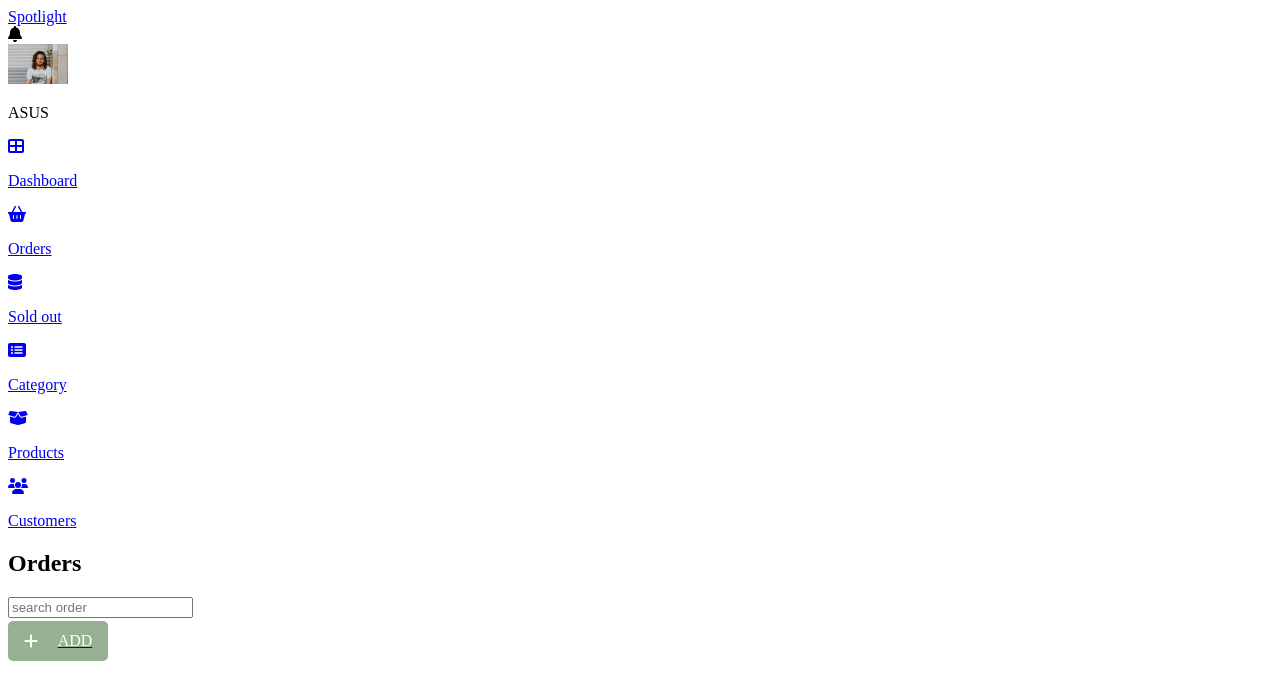
Repository: pin-seavmuy/Spotlight-POS
Page: /category
The author's editor kept a copy of each file at every save. The page is drawn from the files as they stood at one save, then again after the next save.
The browser window is 1280 px wide. The pictures show the whole page.
Some web fonts or font styles are not loaded; a fallback is used. The project was rebuilt for these pictures with package versions that can differ from the ones it lists, and the page was loaded fresh each time. Also part of the build but not shown: vue.config.js, src/components/Orders.vue, src/components/Products.vue, src/components/Customers.vue.

Above is the page before, as saved 2024-06-26 17:17:12.

### src/main.js
// src/main.js
import { createApp } from 'vue'; // Use createApp instead of importing Vue
import App from './App.vue';
import router from './router/router.js'; // Adjust the path as necessary

const app = createApp(App);
app.use(router);

app.mount('#app');

### src/App.vue

<template>
  <div id="app">
    <router-view />
    <!-- <Dashboard/> -->
  </div>
</template>

<script>
export default {
  name: 'App',
};
</script>

<style scoped>
/* Scoped styles specific to App.vue */
</style>

### src/router/router.js
// src/router.js
import { createRouter, createWebHistory } from 'vue-router'; // Import from vue-router
import AdminDashboard from '../components/AdminDashboard.vue';
import OrdersPage from '../components/Orders.vue';
import SoldOut from '../components/Soldout.vue';
import CategoryPage from '../components/Category.vue';
import ProductPage from '../components/Products.vue';
import CustomersPage from '../components/Customers.vue';

const routes = [
  { path: '/', component: AdminDashboard },
  { path: '/orders', component: OrdersPage },
  { path: '/sold', component: SoldOut },
  { path: '/category', component: CategoryPage },
  { path: '/products', component: ProductPage },
  { path: '/customers', component: CustomersPage },
];

const router = createRouter({
  history: createWebHistory(),
  routes,
});

export default router;

### src/components/AdminDashboard.vue
<template>
  <div>
    <header class="header">
      <div class="logo">
        <router-link to="/">Spotlight</router-link>
      </div>
      <div class="header-icons">
        <font-awesome-icon :icon="icons.bell" class="icon" />
        <div class="account">
          <img src="../assets/img/people.png" alt="" />
          <p>ASUS</p>
        </div>
      </div>
    </header>
    <div class="container">
      <div class="side-bar">

        <router-link to="/" class="wrapper" active-class="active">
          <font-awesome-icon :icon="icons.thLarge" class="icons" />
          <p>Dashboard</p>
        </router-link>

        <router-link to="/orders" class="wrapper" active-class="active">
          <font-awesome-icon :icon="icons.shoppingBasket" class="icons" />
          <p>Orders</p>
        </router-link>

        <router-link to="/sold" class="wrapper" active-class="active">
          <font-awesome-icon :icon="icons.database" class="icons" />
          <p>Sold out</p>
        </router-link>

        <router-link to="/category" class="wrapper" active-class="active">
          <font-awesome-icon :icon="icons.category" class="icons" />
          <p>Category</p>
        </router-link>

        <router-link to="/products" class="wrapper" active-class="active">
          <font-awesome-icon :icon="icons.product" class="icons" />
          <p>Products</p>
        </router-link>

        <router-link to="/customers" class="wrapper" active-class="active">
          <font-awesome-icon :icon="icons.users" class="icons" />
          <p>Customers</p>
        </router-link>

      </div>

      <div class="dashboard">
          <div class="wrapper1">
            <h2>Admin Dashboard</h2>
          </div>
          <div class="wrapper1">
            <div class="box">
              <div class="wrapperBox">
                <img src="../assets/img/products.png" />
                <p>Total Product</p>
              </div>
              <div class="qty">12000</div>
            </div>
            <div class="box">
              <div class="wrapperBox">
                <img src="../assets/img/list.png" />
                <p>Categories</p>
              </div>
              <div class="qty">43</div>
            </div>
            <div class="box">
              <div class="wrapperBox">
                <img src="../assets/img/mobile-banking.png" />
                <p>Transactions</p>
              </div>
              <div class="qty">669</div>
            </div>
          </div>
          <div class="wrapper1">
            <div class="box">
              <div class="wrapperBox">
                <img src="../assets/img/shopping-cart.png" />
                <p>Order Today</p>
              </div>
              <div class="qty">15</div>
            </div>
          </div>
        </div>



    </div>


  </div>
</template>

<script>
  import { FontAwesomeIcon } from '@fortawesome/vue-fontawesome';
  import { faBell, faShoppingBasket, faThLarge, faDatabase, faListAlt, faCreditCard, faBoxOpen, faUsers } from '@fortawesome/free-solid-svg-icons';

  export default {
  name: "AdminDashboard",
  components: {
      FontAwesomeIcon,
  },
  data() {
      return {
      icons: {
          bell: faBell,
          shoppingBasket: faShoppingBasket,
          thLarge: faThLarge,
          database: faDatabase,
          category: faListAlt,
          transaction: faCreditCard,
          product: faBoxOpen,
          users: faUsers,
          // Add more icons as needed
      },
      };
  },
  };

</script>

<style scoped>
@import '../assets/css/style.css';
</style>

### src/components/Soldout.vue
<template>
  <div>
    <header class="header">
      <div class="logo">
        <router-link to="/">Spotlight</router-link>
      </div>
      <div class="header-icons">
        <font-awesome-icon :icon="icons.bell" class="icon" />
        <div class="account">
          <img src="../assets/img/people.png" alt="" />
          <p>ASUS</p>
        </div>
      </div>
    </header>
    <div class="container">
      <div class="side-bar">

        <router-link to="/" class="wrapper" active-class="active">
          <font-awesome-icon :icon="icons.thLarge" class="icons" />
          <p>Dashboard</p>
        </router-link>

        <router-link to="/orders" class="wrapper" active-class="active">
          <font-awesome-icon :icon="icons.shoppingBasket" class="icons" />
          <p>Orders</p>
        </router-link>

        <router-link to="/sold" class="wrapper" active-class="active">
          <font-awesome-icon :icon="icons.database" class="icons" />
          <p>Sold out</p>
        </router-link>

        <router-link to="/category" class="wrapper" active-class="active">
          <font-awesome-icon :icon="icons.category" class="icons" />
          <p>Category</p>
        </router-link>

        <router-link to="/products" class="wrapper" active-class="active">
          <font-awesome-icon :icon="icons.product" class="icons" />
          <p>Products</p>
        </router-link>

        <router-link to="/customers" class="wrapper" active-class="active">
          <font-awesome-icon :icon="icons.users" class="icons" />
          <p>Customers</p>
        </router-link>

      </div>
      <div class="dashboard">
        <div class="wrapper1">
          <h2>Orders</h2>
          <div class="searchBox">
            <font-awesome-icon :icon="icons.search" class="icons" />
            <input type="text" placeholder="search ...">
          </div>
        </div>
        <div class="table">
          <table>
            <thead>
              <tr>
                <th>No</th>
                <th>Customer</th>
                <th>Product</th>
                <th>Total</th>
                <th>Order Date</th>
                <th>Action</th>
              </tr>
            </thead>
            <tbody>
              <tr v-for="(order, index) in orders" :key="order.id">
                <td>{{ index + 1 }}</td>
                <td>{{ order.customer }}</td>
                <td>{{ order.product }}</td>
                <td>{{ order.total }}</td>
                <td>{{ order.orderDate }}</td>
                <td class="action">
                  <font-awesome-icon :icon="icons.edit" class="icon action-icon" @click="editOrder(order.id)" />
                  <font-awesome-icon :icon="icons.trash" class="icon action-icon" @click="deleteOrder(order.id)" />
                </td>
              </tr>
            </tbody>
          </table>
        </div>
      </div>
    </div>
  </div>
</template>

<script>
  import { FontAwesomeIcon } from '@fortawesome/vue-fontawesome';
  import { faBell, faShoppingBasket, faThLarge, faDatabase, faListAlt, faCreditCard, faBoxOpen, faUsers, faSearch, faEdit, faTrash } from '@fortawesome/free-solid-svg-icons';

  export default {
    name: "OrdersPage",
    components: {
      FontAwesomeIcon,
    },
    data() {
      return {
        icons: {
          bell: faBell,
          shoppingBasket: faShoppingBasket,
          thLarge: faThLarge,
          database: faDatabase,
          category: faListAlt,
          transaction: faCreditCard,
          product: faBoxOpen,
          users: faUsers,
          search: faSearch,
          edit: faEdit,
          trash: faTrash,
        },
        orders: [
          { id: 1, customer: 'John Doe', product: 'Cigarella Skill Shirt', total: '$50.00', orderDate: '26/06/24' },
          { id: 2, customer: 'Jane Smith', product: 'Wool Tweed A-Line', total: '$15.00', orderDate: '26/06/24' },
          { id: 3, customer: 'Michael Brown', product: 'Cheyenne Floral Dress', total: '$35.00', orderDate: '26/06/24'},
        ],
      };
    },
    methods: {
      editOrder(id) {
        // Implement edit order functionality
        console.log('Edit order', id);
      },
      deleteOrder(id) {
        // Implement delete order functionality
        console.log('Delete order', id);
      },
    },
  };
</script>

<style scoped>
  @import '../assets/css/style.css';

  .action-icon {
    cursor: pointer;
    margin-right: 10px;
  }
  .action {
    display: flex;
    justify-content: center;
    gap: 50px;
    padding: 15px ;
    border-width: 0.1;
  }
</style>

### src/components/Category.vue
<template>
    <div>
      <header class="header">
        <div class="logo">
          <router-link to="/">Spotlight</router-link>
        </div>
        <div class="header-icons">
          <font-awesome-icon :icon="icons.bell" class="icon" />
          <div class="account">
            <img src="../assets/img/people.png" alt="" />
            <p>ASUS</p>
          </div>
        </div>
      </header>
      <div class="container">
        <div class="side-bar">

            <router-link to="/" class="wrapper" active-class="active">
            <font-awesome-icon :icon="icons.thLarge" class="icons" />
            <p>Dashboard</p>
          </router-link>

          <router-link to="/orders" class="wrapper" active-class="active">
            <font-awesome-icon :icon="icons.shoppingBasket" class="icons" />
            <p>Orders</p>
          </router-link>

          <router-link to="/sold" class="wrapper" active-class="active">
            <font-awesome-icon :icon="icons.database" class="icons" />
            <p>Sold out</p>
          </router-link>

          <router-link to="/category" class="wrapper" active-class="active">
            <font-awesome-icon :icon="icons.category" class="icons" />
            <p>Category</p>
          </router-link>

          <router-link to="/products" class="wrapper" active-class="active">
            <font-awesome-icon :icon="icons.product" class="icons" />
            <p>Products</p>
          </router-link>

          <router-link to="/customers" class="wrapper" active-class="active">
            <font-awesome-icon :icon="icons.users" class="icons" />
            <p>Customers</p>
          </router-link>

        </div>
        <div class="dashboard">
        <div class="wrapper1">
          <h2>Orders</h2>
          <div class="searchBox">
            <font-awesome-icon :icon="icons.search" class="icons" />
            <input type="text" placeholder="search order">
          </div>

          <router-link>
            <div class="add">
              <font-awesome-icon :icon="icons.plus" class="icons" />
              <p>ADD</p>
            </div>
          </router-link>
        </div>

      </div>

      </div>
    </div>
  </template>

  <script>
    import { FontAwesomeIcon } from '@fortawesome/vue-fontawesome';
    import { faBell, faShoppingBasket, faThLarge, faDatabase, faListAlt, faCreditCard, faBoxOpen, faUsers, faPlus } from '@fortawesome/free-solid-svg-icons';

    export default {
    name: "CategoryPage",
    components: {
        FontAwesomeIcon,
    },
    data() {
        return {
        icons: {
            bell: faBell,
            shoppingBasket: faShoppingBasket,
            thLarge: faThLarge,
            database: faDatabase,
            category: faListAlt,
            transaction: faCreditCard,
            product: faBoxOpen,
            users: faUsers,
            plus: faPlus
            // Add more icons as needed
        },
        };
    },
    };

  </script>

  <style scoped>
  @import '../assets/css/category.css';
  </style>

### src/assets/css/style.css
@import url("https://fonts.googleapis.com/css2?family=Poppins:wght@400;500;600;700&display=swap");
@import url("https://fonts.cdnfonts.com/css/mogra");
@import url("https://fonts.googleapis.com/css?family=Playfair+Display:400,700");

* {
  margin: 0;
  padding: 0;
  box-sizing: border-box;
  font-family: "Poppins", sans-serif;
}

body {
  background: rgb(255, 255, 255);
}

.header {
  display: flex;
  align-items: center;
  justify-content: space-between;
  height: 70px;
  padding: 20px 40px 20px 20px;
  background: #97b093;
}

.logo a {
  color: #fff;
  font-size: 28px;
  font-weight: 400;
  margin: 2rem 8rem 2rem 2rem;
  font-family: "Mogra", sans-serif;
  text-decoration: none;
}

.header-icons {
  display: flex;
  align-items: center;
}

.header-icons .icon {
  margin-right: 1rem;
  cursor: pointer;
  color: #fff;
  font-size: 20px;
  background-color: #97b093;
  padding: 8px;
  border-radius: 50%;
  box-shadow: 0 4px 8px rgba(0, 0, 0, 0.2);
}

.header-icons .account {
  width: 120px;
  display: flex;
  align-items: center;
  justify-content: space-between;
}

.header-icons .account img {
  width: 40px;
  height: 40px;
  cursor: pointer;
  border-radius: 50%;
  margin-left: 10px;
  border: 1px solid gray;
}

.container {
  width: 100%;
  height: 650px;
  display: flex;
  justify-content: space-between;
}

.container .side-bar {
  width: 260px;
  height: 100%;
  padding: 30px 10px 10px 10px;
  border-right: 2px solid gray;
}

.wrapper {
  display: flex;
  align-items: center;
  background-color: #ffffff;
  padding: 8px 15px;
  gap: 20px;
  color: black;
  font-family: "Playfair Display", serif;
  border-radius: 5px;
  margin-bottom: 20px;
  cursor: pointer;
}

.wrapper .icons {
  color: gray;
}

.wrapper:hover {
  background-color: #ecf1eb;
}

.wrapper.active {
  background-color: #c1d2be;
  border: 1px solid gray;
}

.container .dashboard {
  width: 100%;
  height: 550px;
  /* background-color: pink; */
  padding: 30px 40px 0px 40px;
  display: flex;
  flex-direction: column;
}

.wrapper1 {
  padding: 2px;
  display: flex;
  justify-content: space-between;
  gap: 20px;
  /* background-color: rgb(0, 255, 76); */
  /* margin-top: -20px; */
  margin-bottom: 30px;
}

.wrapper1 .box {
  width: 360px;
  height: 160px;
  background-color: #f5eded;
  box-shadow: 0 4px 8px rgba(0, 0, 0, 0.2);
  border-radius: 3px;
  display: flex;
  padding: 20px 30px;
  align-items: center;
  gap: 40px;
}

.box:hover {
  background-color: #f7efef;
}

.box .wrapperBox {
  display: flex;
  flex-direction: column;
  align-items: center;
  justify-content: center;
  gap: 8px;
  /* background-color: red; */
}

.box .wrapperBox img {
  width: 70px;
  height: 70px;
}

.box .qty {
  border-left: 3px solid rgb(178, 183, 179);
  padding: 10px 0 10px 30px;
  font-size: xx-large;
}

### src/assets/css/category.css
.add {
    width: 100px;
    height: 40px;
    background-color: #97b093;
    color: #fff;
    display: flex;
    justify-content: center;
    gap: 20px;
    align-items: center;
    margin-top: 3px;
    border-radius: 5px;

}

Loaded but not shown: public/index.html (common file)

After the next save:
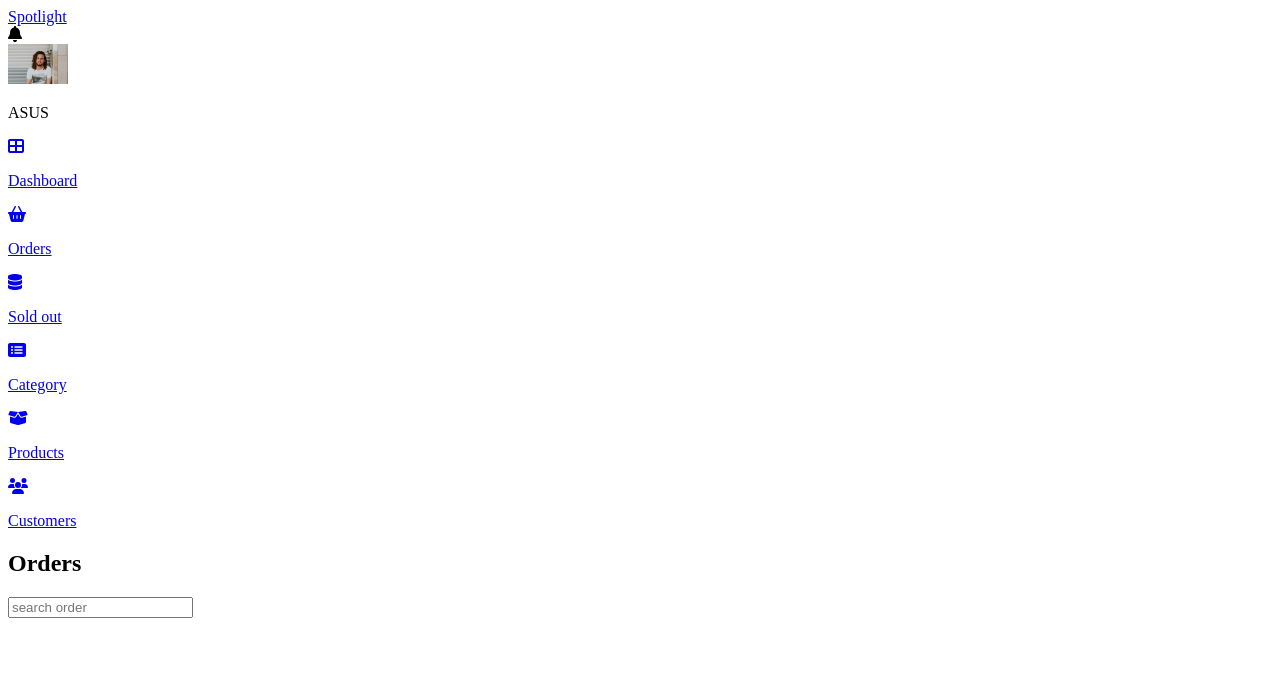
Saved 26 s later.
--- a/src/components/Category.vue
+++ b/src/components/Category.vue
@@ -54,12 +54,12 @@
             <input type="text" placeholder="search order">
           </div>
 
-          <router-link>
+          <!-- <router-link>
             <div class="add">
               <font-awesome-icon :icon="icons.plus" class="icons" />
               <p>ADD</p>
             </div>
-          </router-link>
+          </router-link> -->
         </div>
 
       </div>
